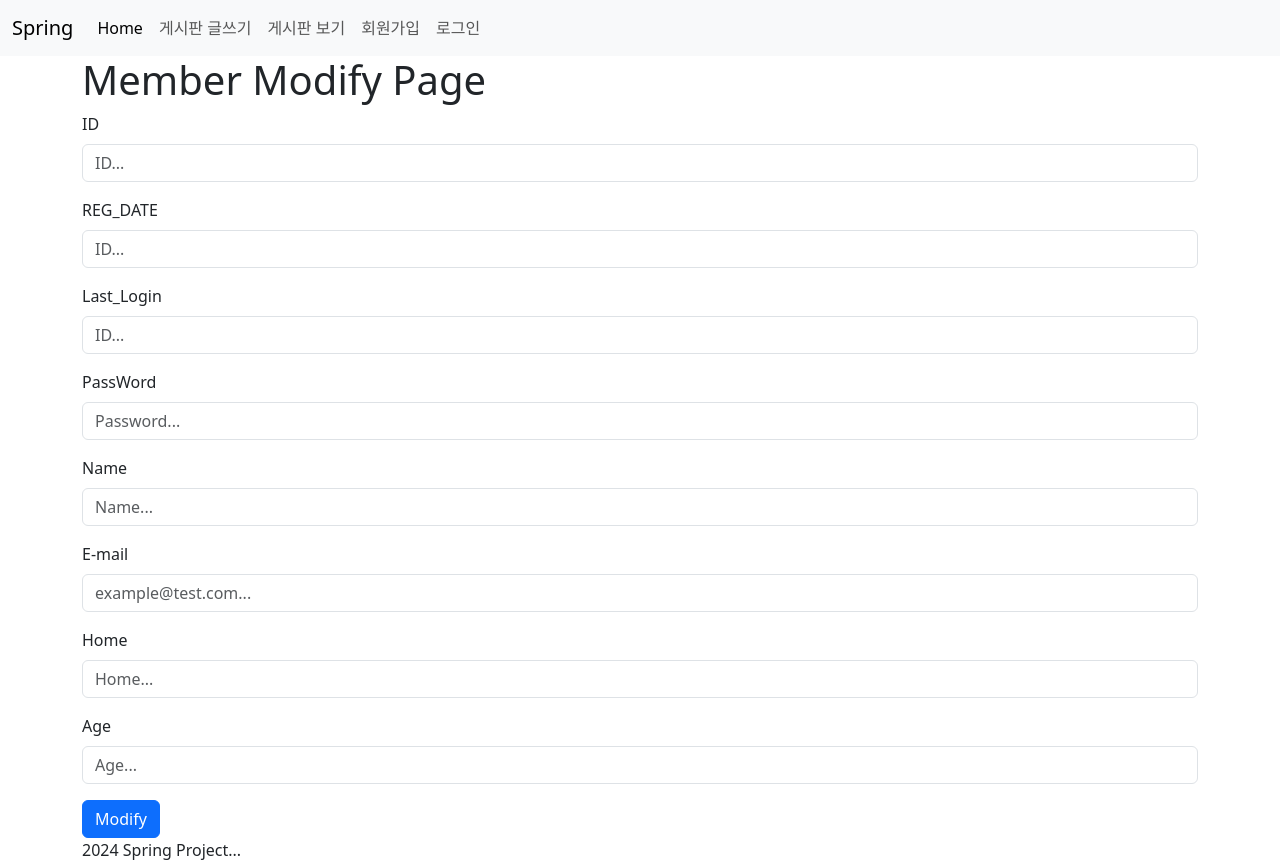
Repository: dhalfks/springTest240430
Page: http://localhost/spring_study/WEB-INF/views/member/modify.jsp
An editor plug-in stored every save of this project. The page is shown before and after the next save, followed by the edit.
The browser window is 1280 px wide. The pictures show the whole page.
The page is served by Tomcat 9. Nobody is signed in. The template is opened directly, without the code that normally fills it, so the values that code supplies are empty.

Above is the page before, as saved 2024-04-25 09:07:37.

After the next save:
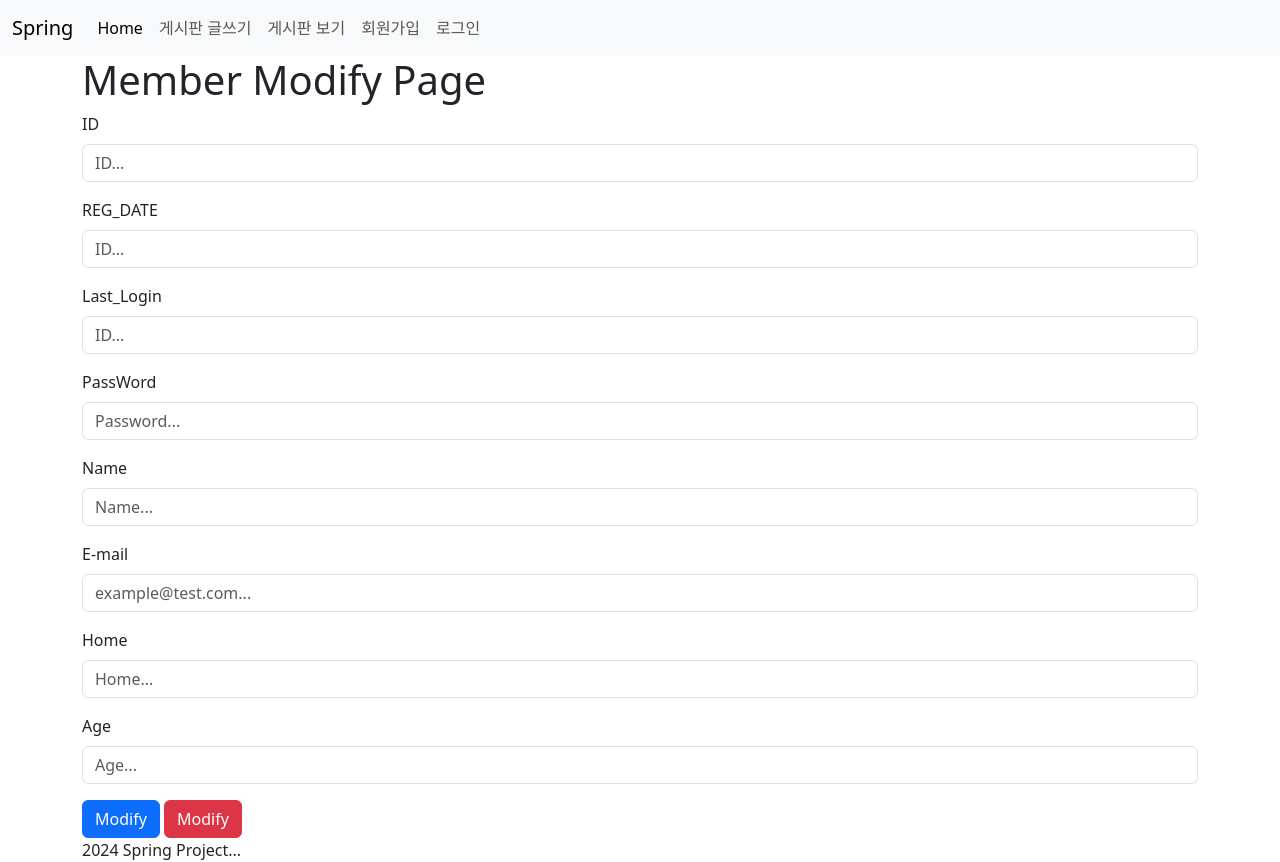
Saved 2 min 34 s later.
--- a/spring_study/src/main/webapp/WEB-INF/views/member/modify.jsp
+++ b/spring_study/src/main/webapp/WEB-INF/views/member/modify.jsp
@@ -37,6 +37,7 @@
 	</div>
 
 	<button type="submit" class="btn btn-primary">Modify</button>
+	<a><button type="submit" class="btn btn-danger">Modify</button></a>
 </form>
 
 </div>
